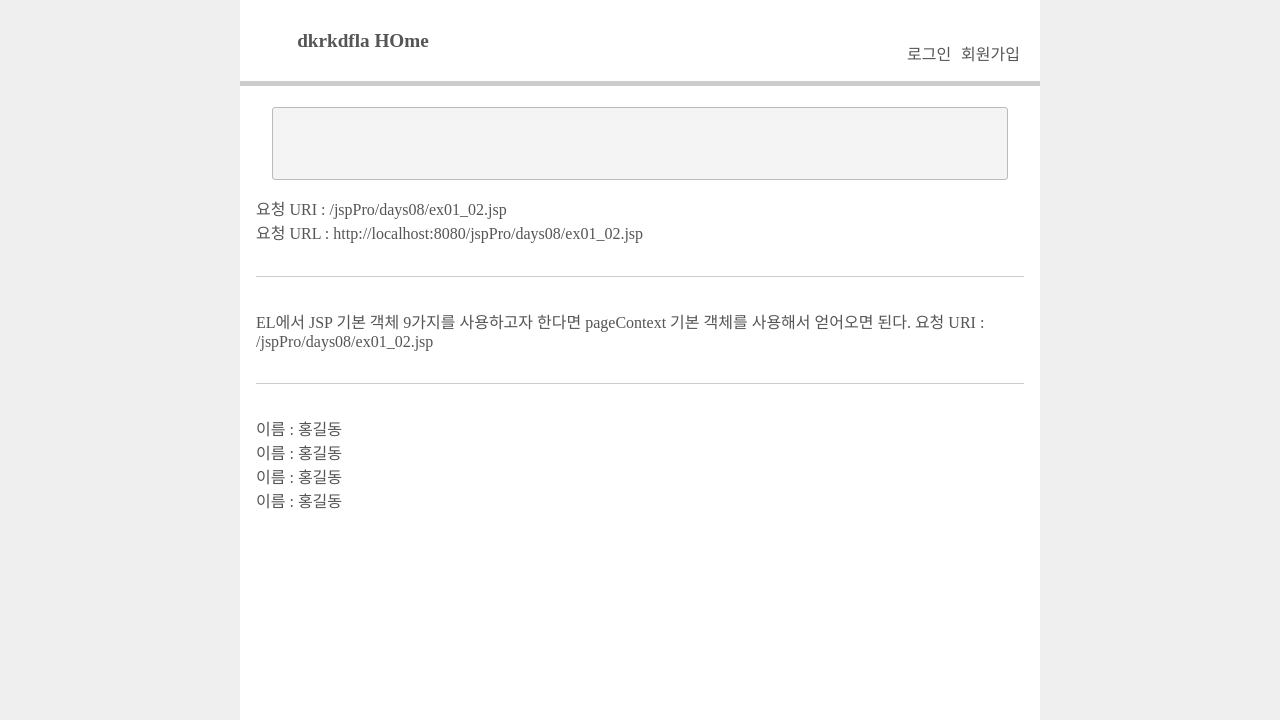
Repository: Dusajang/JSPClass
Page: http://localhost/jspPro/days08/ex01_02.jsp
The author's editor kept a copy of each file at every save. The page is drawn from the files as they stood at one save, then again after the next save.
The browser window is 1280 px wide. The pictures show the whole page.
Some web fonts or font styles are not loaded; a fallback is used. The page is served by Tomcat 9.

Above is the page before, as saved 2024-10-24 02:25:56.

After the next save:
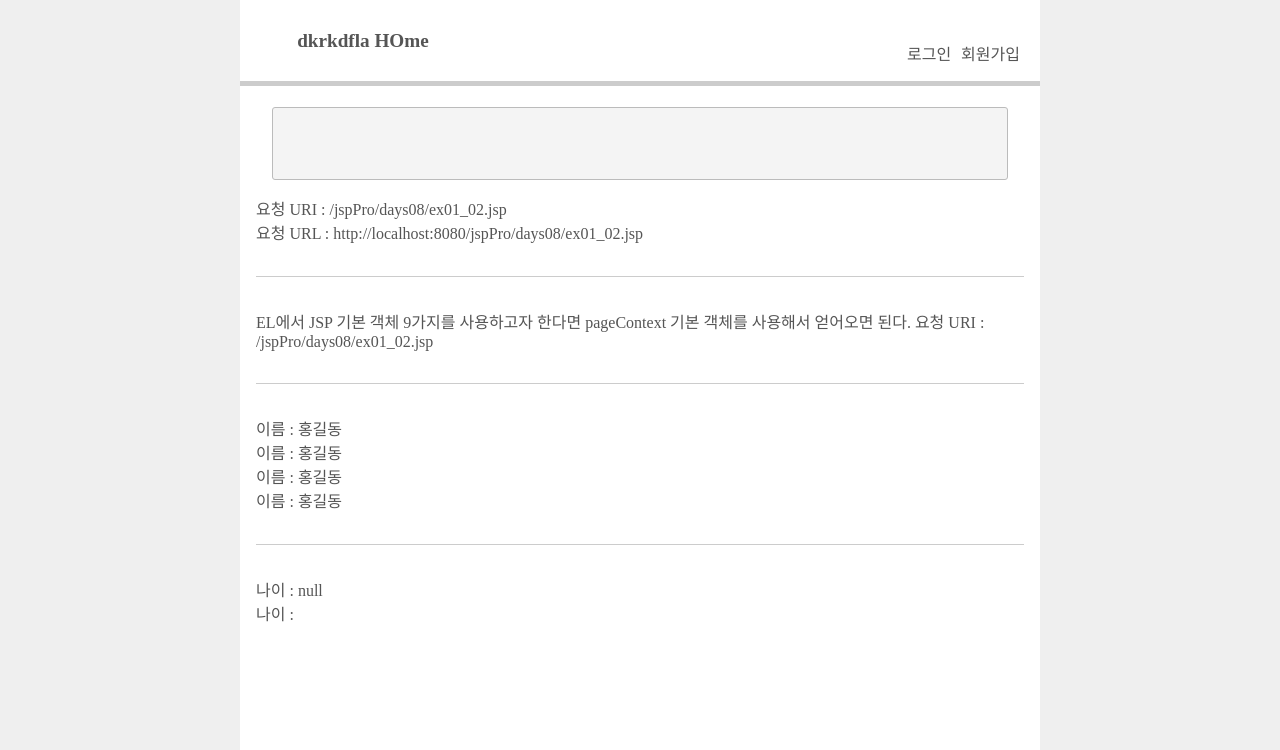
Saved 112 s later.
--- a/jspPro/src/main/webapp/days08/ex01_02.jsp
+++ b/jspPro/src/main/webapp/days08/ex01_02.jsp
@@ -45,6 +45,9 @@
   이름 : <%= request.getAttribute("name") %> <br>
   이름 : ${ requestScope.name } <br>
   이름 : ${ name } <br>
+  <hr>
+  나이 : <%= request.getParameter("age") %> <br>
+  나이 : ${ param.age }<br>
 
 
 
